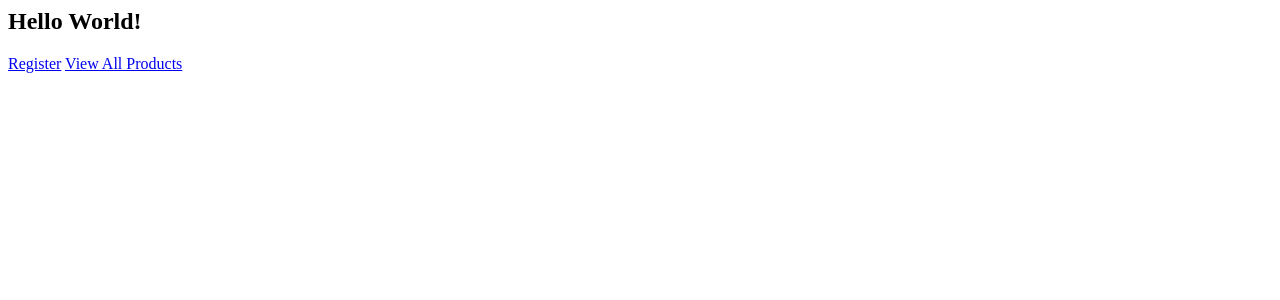
Repository: mihirhpanchal/Java-OnlineShopping
Page: http://localhost/onlineshopping/
The author's editor kept a copy of each file at every save. The page is drawn from the files as they stood at one save, then again after the next save.
The browser window is 1280 px wide. The pictures show the whole page.
The page is served by Tomcat 9.

Above is the page before, as saved 2019-11-21 03:05:02.

After the next save:
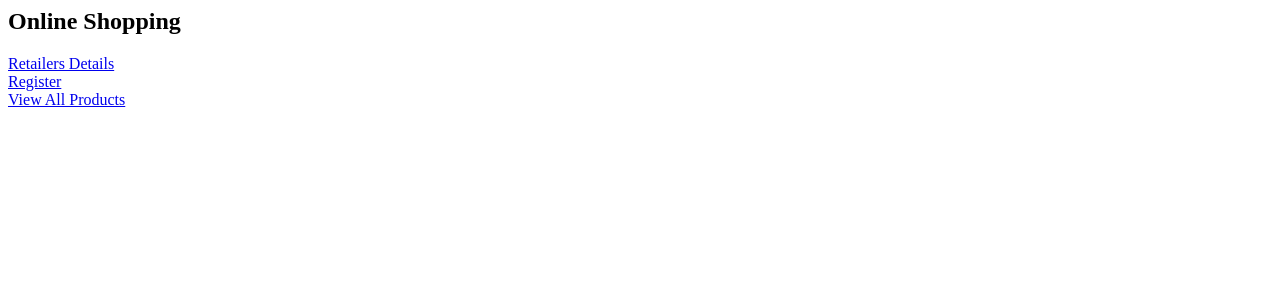
Saved 3 min 50 s later.
--- a/onlineshopping/onlineshopping/src/main/webapp/index.jsp
+++ b/onlineshopping/onlineshopping/src/main/webapp/index.jsp
@@ -1,7 +1,8 @@
 <html>
 <body>
-<h2>Hello World!</h2>
-<a href="regproduct.html">Register</a>
-<a href="viewallprod.do">View All Products</a>
+<h2>Online Shopping</h2>
+<a href="viewretailers.do">Retailers Details</a><br>
+<a href="regproduct.html">Register</a><br>
+<a href="viewallprod.do">View All Products</a><br>
 </body>
 </html>
